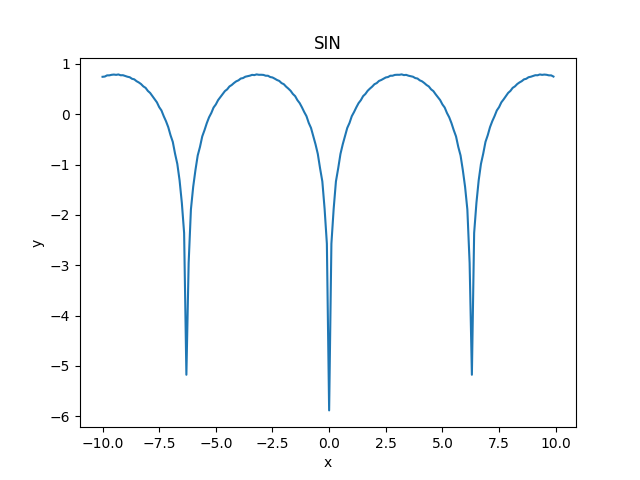
Repository: eieioF11/Python
Script's output: python project/python_sample/Fourier.py
The author's editor kept a copy of each file at every save. The script's output is drawn from the files as they stood at one save, then again after a run of saves.
Random numbers start from a fixed seed.

Above is the script's output before, as saved 2020-05-22 15:41:08.

### project/python_sample/Fourier.py
import numpy as np
import matplotlib.pyplot as plt

#x = np.arange(-10, 10, 0.1)  # x座標を-10 から 10 まで 0.1 きざみで取得
def F(t):
    k=100
    y=0
    for n in range(1,k,1):
        y+=((-1**n)/n)*np.cos(n*t)
    y *= 1/2+2/np.pi
    return y

X=np.arange(-10, 10, 0.1)
Y=F(X)

# グラフを書く
plt.plot(X,Y)
# グラフのタイトル
plt.title("SIN")
# x軸のラベル
plt.xlabel("x")
# y軸のラベル
plt.ylabel("y")
# 表示する
plt.show()

After the next 3 saves:
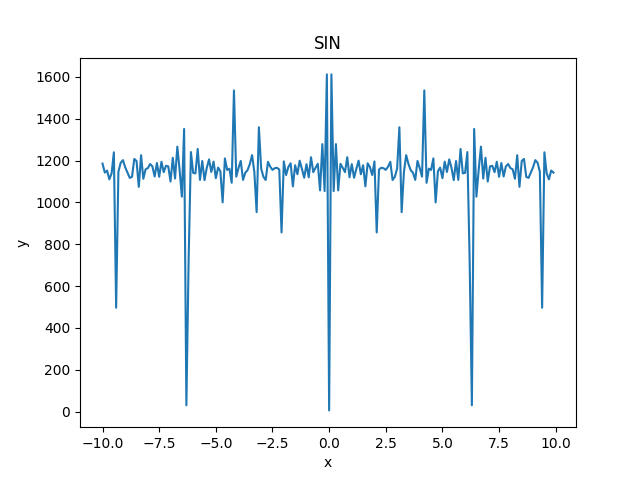
The 3 saves are shown as one change because they came seconds apart.
The last was saved 12 s later.
--- a/project/python_sample/Fourier.py
+++ b/project/python_sample/Fourier.py
@@ -6,7 +6,7 @@ def F(t):
     k=100
     y=0
     for n in range(1,k,1):
-        y+=((-1**n)/n)*np.cos(n*t)
+        y+=(1/n)**np.cos(n*t)
     y *= 1/2+2/np.pi
     return y
 
